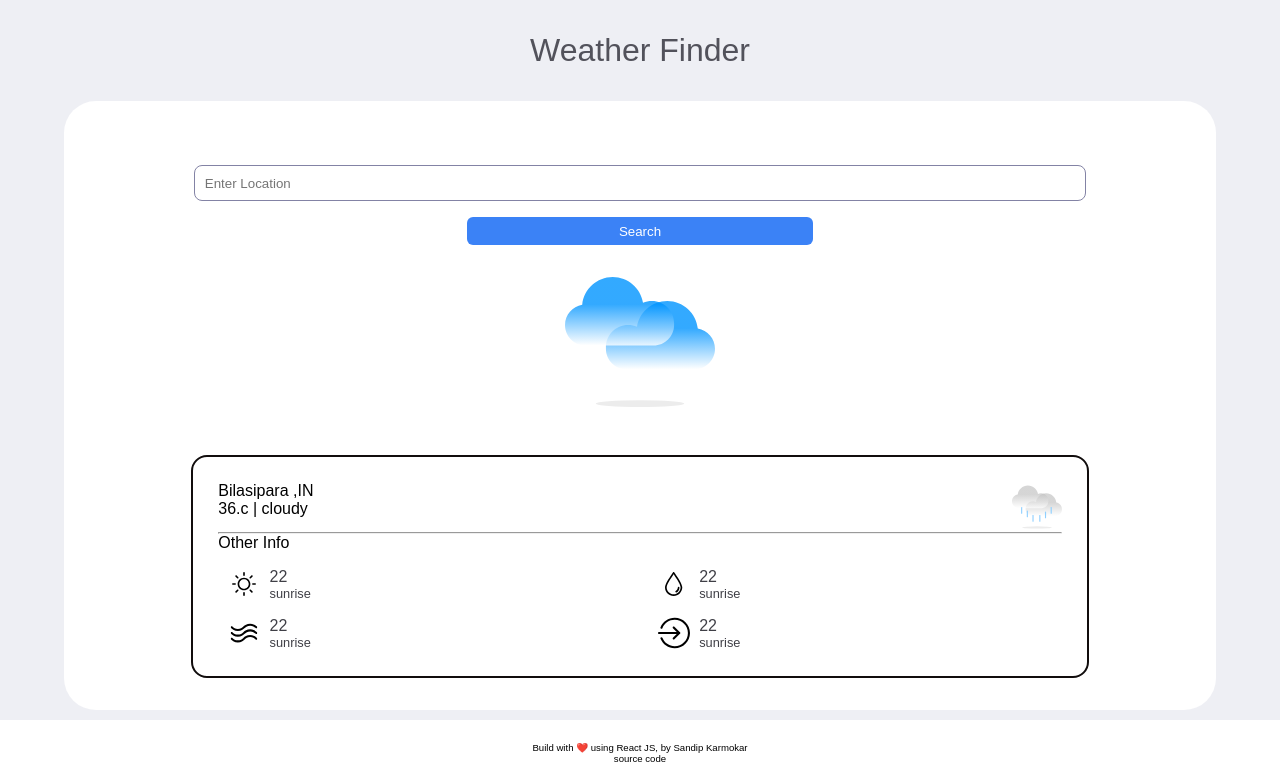
Repository: sandipkarmokar/weather-app
Page: /
An editor plug-in stored every save of this project. The page is shown before and after the next save, followed by the edit.
The browser window is 1280 px wide. The pictures show the whole page.
The project was rebuilt for these pictures with package versions that can differ from the ones it lists, and the page was loaded fresh each time.

Above is the page before, as saved 2022-04-12 17:28:02.

After the next save:
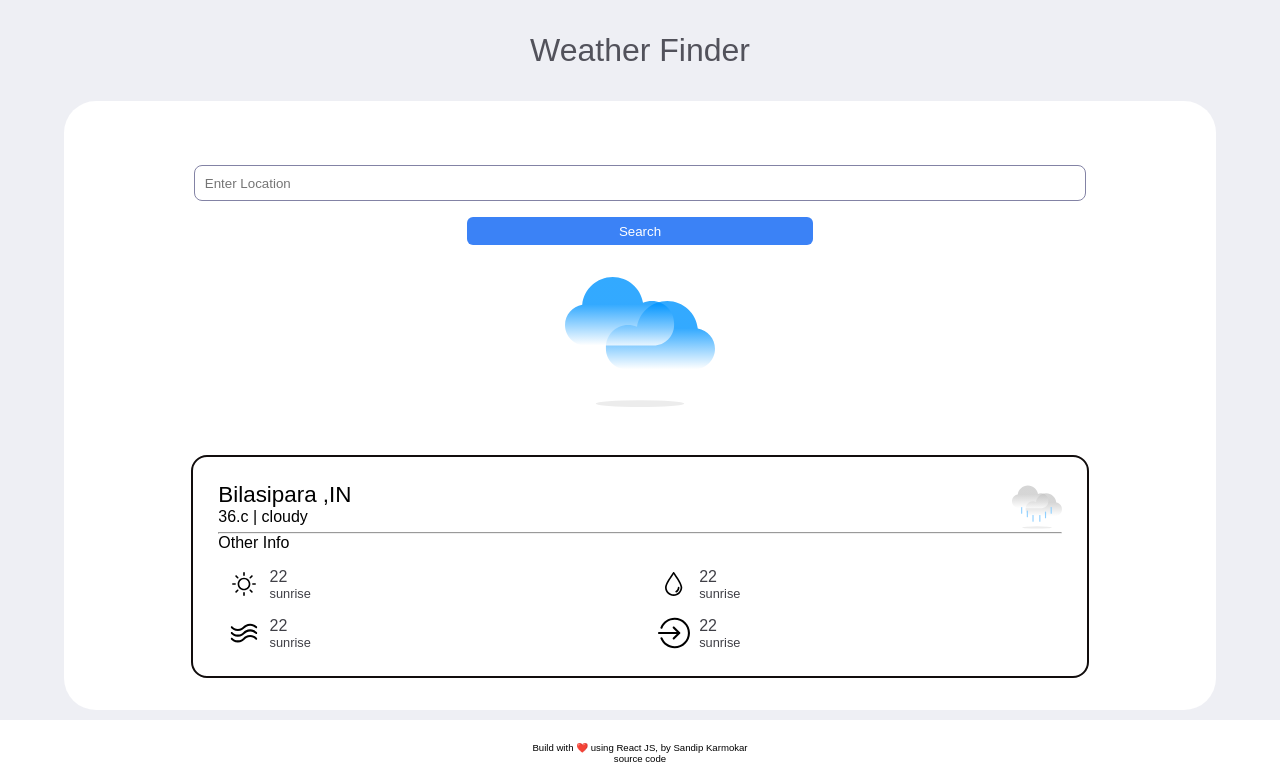
Saved 98 s later.
--- a/src/App.css
+++ b/src/App.css
@@ -73,6 +73,9 @@
     width: 50px;
     height: 50px;
 }
+.app .app-container .weather-info-show .main-info .info .location {
+    font-size: 1.4rem;
+}
 
 .app .app-container .weather-info-show .other-info {
     display: flex;
